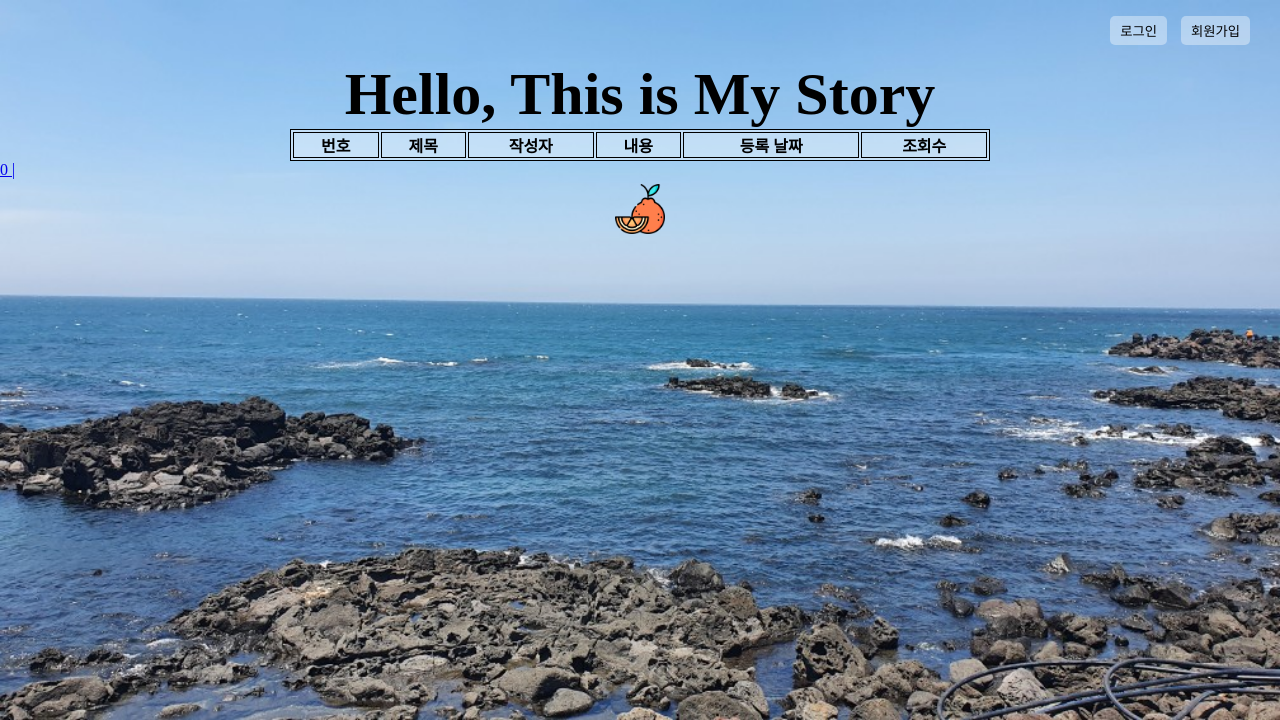
Repository: jeeniii/test2022_12_29
Page: http://localhost/portfolio/board/list.jsp
The author's editor kept a copy of each file at every save. The page is drawn from the files as they stood at one save, then again after the next save.
The browser window is 1280 px wide. The pictures show the whole page.
The page is served by Tomcat 9. Other server files are loaded and not shown. The template is opened directly, without the code that normally fills it, so the values that code supplies are empty.

Above is the page before, as saved 2022-12-13 14:00:49.

### JSP_Portfolio/portfolio/src/main/webapp/board/list.jsp
<%@ page language="java" contentType="text/html; charset=UTF-8"
    pageEncoding="UTF-8"%>
    <%@ taglib uri="http://java.sun.com/jsp/jstl/core" prefix="c" %>
<!DOCTYPE html>
<html>
<head>
<meta charset="UTF-8">
<title>Insert title here</title>
<link rel="stylesheet" href="/resources/css/boardlist.css" type="text/css">
<%@ include file="/header.jsp" %>
</head>
<body>
<div class="tablelist">
	<table>
		<tr>
			<th>번호</th>
			<th>제목</th>
			<th>작성자</th>
			<th>내용</th>
			<th>등록 날짜</th>
			<th>조회수</th>
		</tr>
		<c:forEach items="${list }" var="bvo">
			<tr>
				<td>${bvo.bno }</td>
				<td>
					<a href="/brd/detail?bno=${bvo.bno }">${bvo.title }</a>
				</td>
				<td>
				<c:if test="${bvo.image_file ne '' && bvo.image_file ne null }">
					<img alt="빈 이미지" src="/_fileUpload/th_${bvo.image_file }">
				</c:if>
				${bvo.writer }
				</td>
				<td>${bvo.content }</td>
				<td>${bvo.reg_date }</td>
				<td>${bvo.read_count }</td>
			</tr>
		</c:forEach>
	</table>
	<div>
		<c:if test="${ph.prev }">
			<a href="/brd/page?pageNo=${ph.startpage-1 }&qty=${ph.pgvo.qty}">◀</a>
		</c:if>
		<c:forEach begin="${ph.startpage }" end="${ph.endPage }" var="i">
			<a href="/brd/page?pageNo=${i }&qty=${ph.pgvo.qty}">${i } |</a>
		</c:forEach>
		<c:if test="${ph.next }">
			<a href="/brd/page?pageNo=${ph.endPage+1 }&qty=${ph.pgvo.qty}">▶</a>
		</c:if>
	</div>
</div>
	<%@ include file="/footer.jsp" %>
</body>
</html>

### JSP_Portfolio/portfolio/src/main/webapp/header.jsp
<%@ page language="java" contentType="text/html; charset=UTF-8"
    pageEncoding="UTF-8"%>
    <%@ taglib uri="http://java.sun.com/jsp/jstl/core" prefix="c" %>
<!DOCTYPE html>
<html>
<head>
<meta charset="UTF-8">

<link rel="stylesheet" href="/resources/css/header.css" type="text/css">
</head>
<body>
	<header>
		<div class="realHeader">
			<div class="headbar">
				<ul>

					<c:if test="${ses.id ne null }">
						<li>
							${ses.nick_name }님
						</li>
						<li>
							<a href="/mem/logout?id=${ses.id }"><button type="button">로그아웃</button></a>
						</li>
						<li>
							<a href="/mem/modify?id=${ses.id }"><button type="button">회원정보수정</button></a>
						</li>
					</c:if>

					<c:if test="${ses.id eq null }">
						<li>
							<a href="/mem/login"><button type="button">로그인</button></a>
						</li>
						<li>
							<a href="/mem/join"><button type="button"> 회원가입</button></a>
						</li>
					</c:if>
				</ul>
			</div>
		</div>
		<div class="topic">
			<h1>Hello, This is My Story</h1>
		</div>
	</header>
</body>
</html>

### JSP_Portfolio/portfolio/src/main/webapp/footer.jsp
<%@ page language="java" contentType="text/html; charset=UTF-8"
    pageEncoding="UTF-8"%>
    <%@ taglib uri="http://java.sun.com/jsp/jstl/core" prefix="c" %>
<!DOCTYPE html>
<html>
<head>
<meta charset="UTF-8">
<title>Insert title here</title>
<link rel="stylesheet" href="/resources/css/footer.css" type="text/css">
</head>
<body>
<footer>
		<a href="/" id="hanlabtn"><button type="button"><img src="/resources/한라봉.png" id="hanlabong"></button></a>
</footer>
</body>
</html>

### JSP_Portfolio/portfolio/src/main/webapp/resources/css/boardlist.css
@charset "UTF-8";
table {
    margin-left:auto;
    margin-right:auto;
    width: 700px;
    background-color: rgba(255, 255, 255, 0.377);
}

table, td, th {
    border : 1px solid black;
}

img{
	width: 70px;
	height: 70px;
}

### JSP_Portfolio/portfolio/src/main/webapp/resources/css/header.css
@charset "UTF-8";
* {
    margin: 0;
    padding: 0;
    box-sizing: border-box;
}
body{
	width:100%;
	height:100%;
	background-image: url("/resources/제주 바다.jpg");
	background-repeat: no-repeat;
	background-size: cover;
}
.topic{
	text-align: center;
	font-size: 30px;
}
.realHeader{
	height: 60px;
}
.headbar{
	display: flex;
	align-items: center;
	float: right;
	padding: 0px 30px;
	height: 60px;
}
.headbar>ul{
    list-style-type: none;
}
.headbar>ul>li{
	display: inline;;
	margin-left: 10px;
	line-height: 30px;
	vertical-align: middle;
}
.headbar>ul>li>a{
	font-size: 20px;
	font-weight: 700px;
	color: black;
    text-decoration-line:none ;
}
button[type="button"]{
	border: 0px;
	padding: 5px 10px;
	border-radius: 5px;
	background-color: rgba(255, 255, 255, 0.377);
}

### JSP_Portfolio/portfolio/src/main/webapp/resources/css/footer.css
@charset "UTF-8";
#hanlabong{
    width: 50px;
    height: 50px;
}

#hanlabtn{
	background-color: transparent;
	border:none;
	cursor: pointer;
}
#hanlabtn button{
	background-color: transparent;
	border:none;
	cursor: pointer;

}
#hanlabtn:hover{
	transform:scale(1.5);
  	transition: transform .5s;
}
footer{
	width: 100%;
	display: flex;
	justify-content: center;
}

After the next save:
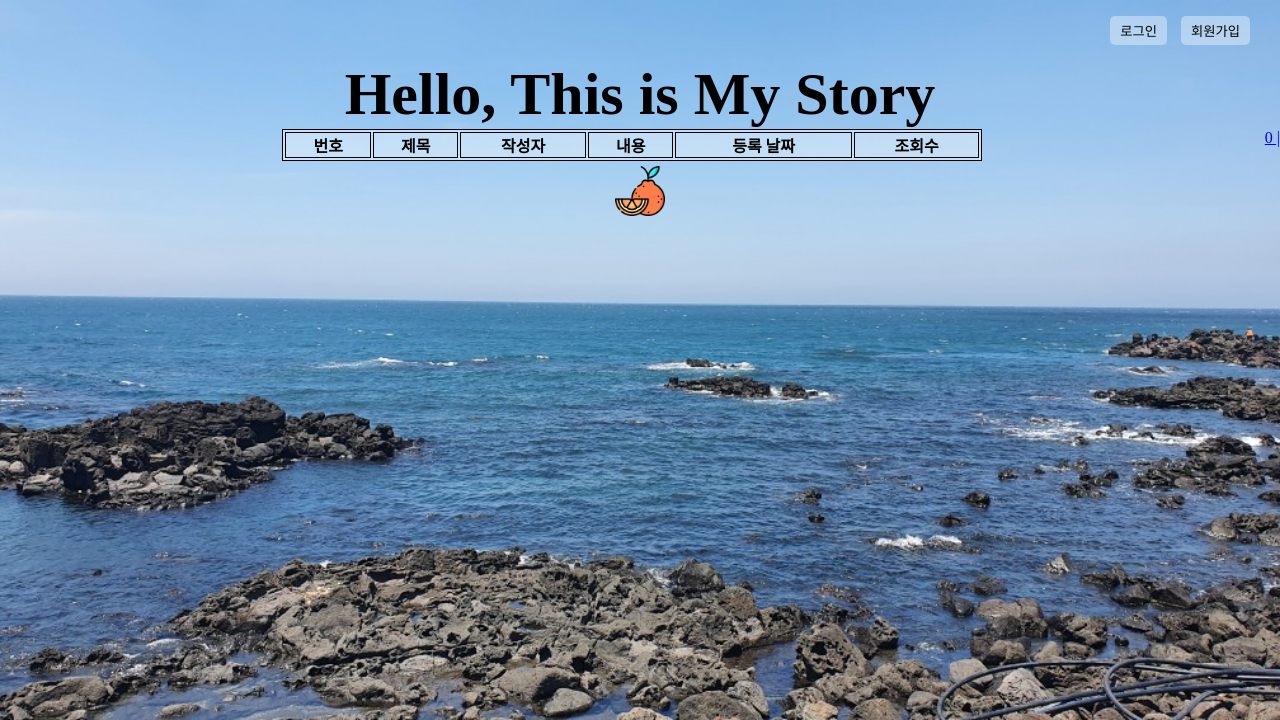
Saved 21 s later.
--- a/JSP_Portfolio/portfolio/src/main/webapp/resources/css/boardlist.css
+++ b/JSP_Portfolio/portfolio/src/main/webapp/resources/css/boardlist.css
@@ -14,3 +14,7 @@ img{
 	width: 70px;
 	height: 70px;
 }
+.tablelist{
+	display: flex;
+	justify-content: center;
+}
